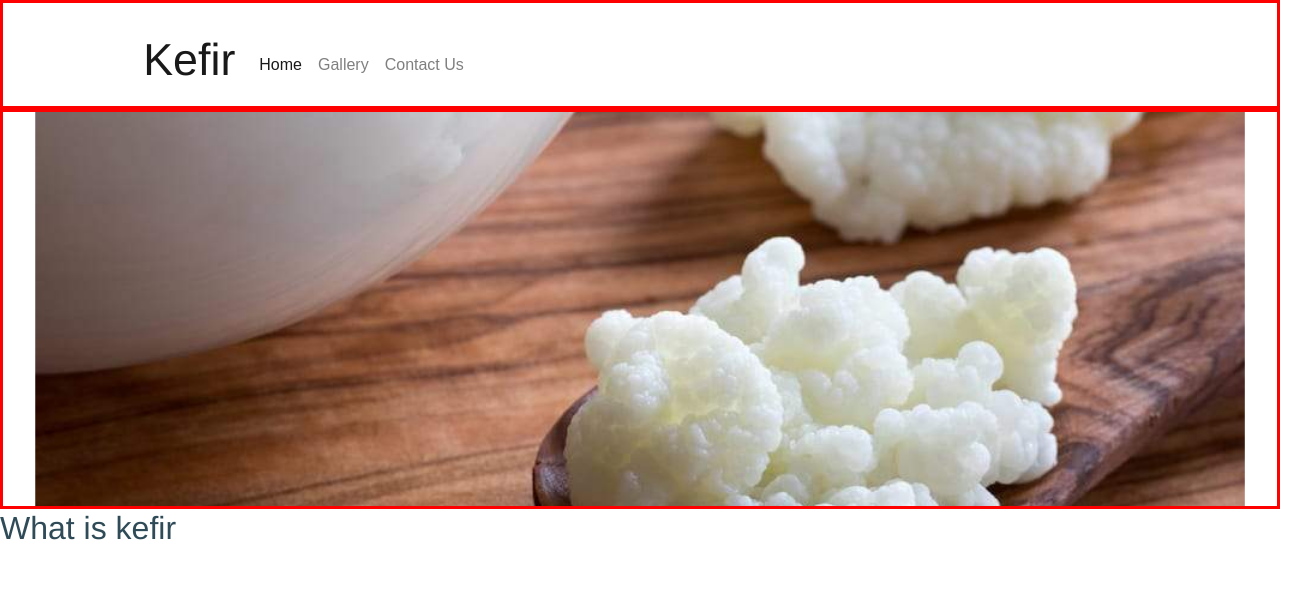
Repository: andna5980/kefir-web
Page: src/index.html
These files come from the project's save history. The page is drawn as it stood at one moment and after the next save; the edit follows.
The browser window is 1280 px wide. The page is 1295 px wide, so the pictures cover 1295 px, including what lies to the right of the window. The pictures show the whole page.
Some web fonts or font styles are not loaded; a fallback is used. Some web libraries are served in a nearby version.

Above is the page before, as saved 2021-02-28 11:51:20.

### src/index.html
<!DOCTYPE html>
<html lang="en-US">

<head>
  <meta charset="UTF-8">
  <meta name="viewport" content="width=device-width, initial-scale=1.0">
  <meta name="author" content="Andres Navarrete">
  <meta name="description"
    content="Kefir, meet the power of nature. Bring the right knowledge and the best recipes from mother nature">
  <meta name="keywords" content="Kefir, recipes, natural-products, home-made, organic, healthy">
  <title>KEFIR | MEET THE POWER OF NATURE</title>
  <link rel="stylesheet" href="https://cdn.jsdelivr.net/npm/bootstrap@4.5.3/dist/css/bootstrap.min.css"
    integrity="sha384-TX8t27EcRE3e/ihU7zmQxVncDAy5uIKz4rEkgIXeMed4M0jlfIDPvg6uqKI2xXr2" crossorigin="anonymous">
  <link rel="stylesheet" href="https://use.fontawesome.com/releases/v5.6.3/css/all.css"
    integrity="sha384-UHRtZLI+pbxtHCWp1t77Bi1L4ZtiqrqD80Kn4Z8NTSRyMA2Fd33n5dQ8lWUE00s/" crossorigin="anonymous">
  <link href="../src/assets/styles/style.css" rel="stylesheet">
</head>

<body>
  <!--------------------Main-Header-------------------------------------->
  <header>
    <nav class="test-red navbar navbar-expand-md navbar-light">
      <a class="navbar-brand" href="#">Kefir</a>
      <button class="navbar-toggler" type="button" data-toggle="collapse" data-target="#navbarNav"
        aria-controls="navbarNav" aria-expanded="false" aria-label="Toggle navigation">
        <span class="navbar-toggler-icon"></span>
      </button>
      <div class="collapse navbar-collapse" id="navbarNav">
        <ul class="navbar-nav">
          <li class="nav-item active">
            <a class="nav-link" href="#">Home <span class="sr-only">(current)</span></a>
          </li>
          <li class="nav-item">
            <a class="nav-link" href="#">Gallery</a>
          </li>
          <li class="nav-item">
            <a class="nav-link" href="#">Contact Us</a>
          </li>

        </ul>
      </div>
    </nav>
  </header>

  <!--------------------Hero-mage-------------------------------------->

  <div class="test-red container-hero">
    <div class="hero-image col-12"></div>
  </div>


<!--------------------What -------------------------------------->

<section>
  <div class="row">
    <div class="col-12"><h2>What is kefir</h2></div>
  </div>





</section>





</body>











<script src="https://code.jquery.com/jquery-3.2.1.slim.min.js"
  integrity="sha384-KJ3o2DKtIkvYIK3UENzmM7KCkRr/rE9/Qpg6aAZGJwFDMVNA/GpGFF93hXpG5KkN" crossorigin="anonymous"></script>
<script src="https://cdnjs.cloudflare.com/ajax/libs/popper.js/1.12.9/umd/popper.min.js"
  integrity="sha384-ApNbgh9B+Y1QKtv3Rn7W3mgPxhU9K/ScQsAP7hUibX39j7fakFPskvXusvfa0b4Q" crossorigin="anonymous"></script>
<script src="https://maxcdn.bootstrapcdn.com/bootstrap/4.0.0/js/bootstrap.min.js"
  integrity="sha384-JZR6Spejh4U02d8jOt6vLEHfe/JQGiRRSQQxSfFWpi1MquVdAyjUar5+76PVCmYl" crossorigin="anonymous"></script>

</html>

### src/assets/styles/style.css
@import url('https://fonts.googleapis.com/css2?family=Amatic+SC&family=Caveat+Brush&display=swap');

.container {
    margin: 15px;
}


body {
    font-family: Arial, Helvetica, sans-serif;
    color: #2F4B58;
    max-width: 1500px;
}

h2 {
    font-family:  Caveat Brush, Helvetica, sans-serif;
    color: #2F4B58;
}


/*----------------------BORDER ROWS AND COLUMNS----------*/

.test-red {
    border: 3px solid red
}

.test-blue {
    border:1px solid blue
}









/*-----------------------Header ----------*/

.navbar-brand {
    float: left;
    color: #2F4B58;
    font-family:  Caveat Brush, Helvetica, sans-serif;
    font-size: 280%;
    margin-left: 10%;
    margin-top: 10px;
}

.navbar-nav {
    float: right;
}

.navbar-nav li a{
    margin-top: 20px;
    color: #2F4B58;
}


.navbar-toggler {
    border: 2px solid #2F4B58;
    color: #2F4B58;
}

.navbar-toggler.icon{

}






.menu a {
    text-decoration: none;
    color: #2F4B58;
}

.menu  {
list-style-type: none;
margin-right: 5%;
margin-top: 30px; /* CHAPUZA  */
word-spacing: 5px;
}

.menu ul {
    float:right;
    margin-left: 10px;
}

.menu li {
    list-style-type: none;
    display: inline-flex;
}


/*-----------------------Heeo-image ----------*/

.container-hero {
    height: 400px;
    overflow: hidden;
}

.hero-image {
    height: 400px;
    width: 100%;
    background: url(../images/milk-kefir-grains-spoon_1024x1024.jpg) no-repeat center;
    animation-name: hero-zoom;
    animation-duration: 4s;
    animation-fill-mode: forwards;
}

/*------Animation of the Hero image-------*/

@keyframes hero-zoom {
    from{
        transform: scale(1);
    }
    to{
        transform: scale(1.2);
    }
}

After the next save:
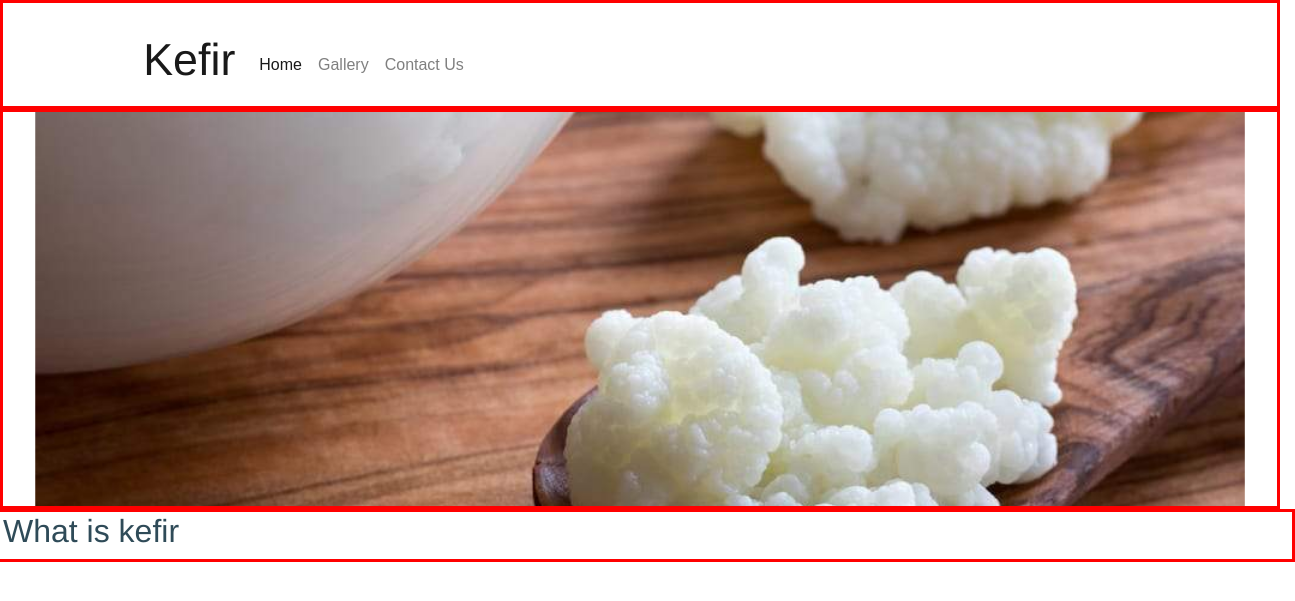
Saved 25 s later.
--- a/src/index.html
+++ b/src/index.html
@@ -52,7 +52,7 @@
 <!--------------------What -------------------------------------->
 
 <section>
-  <div class="row">
+  <div class=" test-red row">
     <div class="col-12"><h2>What is kefir</h2></div>
   </div>
 
